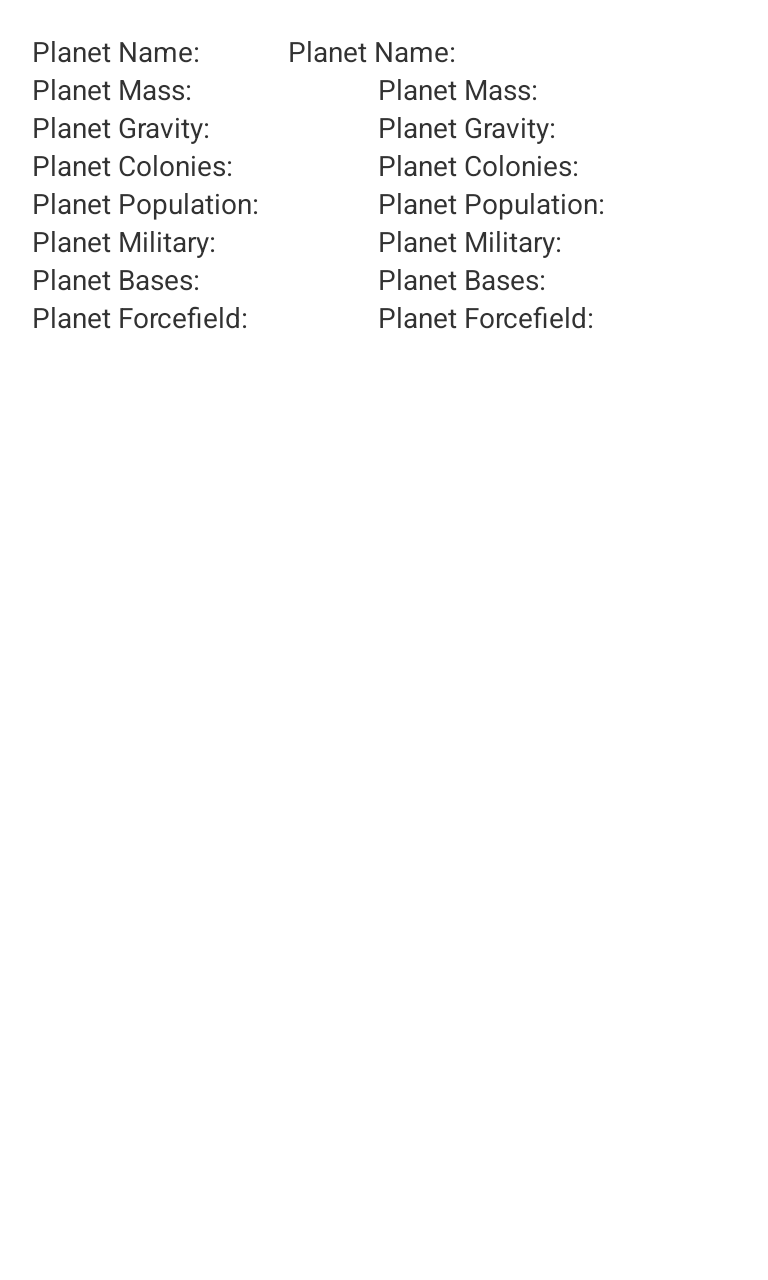
Repository: blender-head/android_basic
Layout: Hello_World/res/layout/activity_main.xml
An editor plug-in stored every save of this project. The layout is shown before and after the next save, followed by the edit.
It is drawn on a 768 x 1280 px phone screen (xhdpi) without system bars, with theme AppTheme; the app's code is not run. The app's manifest (not shown) leaves right-to-left support off. So textAlignment, textDirection and layoutDirection are ignored, and left and right values win over start and end ones.

Above is the layout before, as saved 2013-12-31 16:01:36.

### Hello_World/res/layout/activity_main.xml
<RelativeLayout xmlns:android="http://schemas.android.com/apk/res/android"
    xmlns:tools="http://schemas.android.com/tools"
    android:layout_width="match_parent"
    android:layout_height="match_parent"
    android:paddingBottom="@dimen/activity_vertical_margin"
    android:paddingLeft="@dimen/activity_horizontal_margin"
    android:paddingRight="@dimen/activity_horizontal_margin"
    android:paddingTop="@dimen/activity_vertical_margin"
    tools:context=".MainActivity" >

    <!-- Planet Name label -->
	<TextView
        android:id="@+id/textView1"
        android:layout_width="wrap_content"
        android:layout_height="wrap_content"
        android:text="@string/planet_name_label" />

	<!-- Planet Name data -->
	<TextView
        android:id="@+id/dataView1"
        android:layout_toRightOf="@+id/textView1"
        android:layout_marginLeft="44dip"
        android:layout_width="wrap_content"
        android:layout_height="wrap_content"
        android:text="@string/planet_name_label" />

	<!-- Planet Mass label -->
	<TextView
        android:id="@+id/textView2"
        android:layout_below="@+id/textView1"
        android:layout_width="wrap_content"
        android:layout_height="wrap_content"
        android:text="@string/planet_mass_label" />

	<!-- Planet Mass data -->
	<TextView
        android:id="@+id/dataView2"
        android:layout_toRightOf="@+id/textView2"
        android:layout_alignStart="@+id/dataView1"
        android:layout_below="@+id/dataView1"
        android:layout_width="wrap_content"
        android:layout_height="wrap_content"
        android:layout_marginLeft="45dip"
        android:text="@string/planet_mass_label" />

	<!-- Planet Gravity label -->
	<TextView
        android:id="@+id/textView3"
        android:layout_below="@+id/textView2"
        android:layout_width="wrap_content"
        android:layout_height="wrap_content"
        android:text="@string/planet_gravity_label" />

	<!-- Planet Gravity data -->
	<TextView
        android:id="@+id/dataView3"
        android:layout_toRightOf="@+id/textView3"
        android:layout_alignStart="@+id/dataView2"
        android:layout_below="@+id/dataView2"
        android:layout_width="wrap_content"
        android:layout_height="wrap_content"
        android:text="@string/planet_gravity_label" />

	<!-- Planet Colonies label -->
	<TextView
        android:id="@+id/textView4"
        android:layout_below="@+id/textView3"
        android:layout_width="wrap_content"
        android:layout_height="wrap_content"
        android:text="@string/planet_colonies_label" />

	<!-- Planet Colonies data -->
	<TextView
        android:id="@+id/dataView4"
        android:layout_toRightOf="@+id/textView4"
        android:layout_alignStart="@+id/dataView3"
        android:layout_below="@+id/dataView3"
        android:layout_width="wrap_content"
        android:layout_height="wrap_content"
        android:text="@string/planet_colonies_label" />

	<!-- Planet Poulation label -->
	<TextView
        android:id="@+id/textView5"
        android:layout_below="@+id/textView4"
        android:layout_width="wrap_content"
        android:layout_height="wrap_content"
        android:text="@string/planet_population_label" />

	<!-- Planet Poulation data -->
	<TextView
        android:id="@+id/dataView5"
        android:layout_toRightOf="@+id/textView5"
        android:layout_alignStart="@+id/dataView4"
        android:layout_below="@+id/dataView4"
        android:layout_width="wrap_content"
        android:layout_height="wrap_content"
        android:text="@string/planet_population_label" />

	<!-- Planet Military label -->
	<TextView
        android:id="@+id/textView6"
        android:layout_below="@+id/textView5"
        android:layout_width="wrap_content"
        android:layout_height="wrap_content"
        android:text="@string/planet_military_label" />

	<!-- Planet Military data -->
	<TextView
        android:id="@+id/dataView6"
        android:layout_toRightOf="@+id/textView6"
        android:layout_alignStart="@+id/dataView5"
        android:layout_below="@+id/dataView5"
        android:layout_width="wrap_content"
        android:layout_height="wrap_content"
        android:text="@string/planet_military_label" />

	<!-- Planet Base label -->
	<TextView
        android:id="@+id/textView7"
        android:layout_below="@+id/textView6"
        android:layout_width="wrap_content"
        android:layout_height="wrap_content"
        android:text="@string/planet_bases_label" />

	<!-- Planet Base data -->
	<TextView
        android:id="@+id/dataView7"
        android:layout_toRightOf="@+id/textView7"
        android:layout_alignStart="@+id/dataView6"
        android:layout_below="@+id/dataView6"
        android:layout_width="wrap_content"
        android:layout_height="wrap_content"
        android:text="@string/planet_bases_label" />

	<!-- Planet Force Field label -->
	<TextView
        android:id="@+id/textView8"
        android:layout_below="@+id/textView7"
        android:layout_width="wrap_content"
        android:layout_height="wrap_content"
        android:text="@string/planet_forcefield_label" />

	<!-- Planet Force Field data -->
	<TextView
        android:id="@+id/dataView8"
        android:layout_toRightOf="@+id/textView8"
        android:layout_alignStart="@+id/dataView7"
        android:layout_below="@+id/dataView7"
        android:layout_width="wrap_content"
        android:layout_height="wrap_content"
        android:text="@string/planet_forcefield_label" />

</RelativeLayout>

### Hello_World/res/values/strings.xml
<?xml version="1.0" encoding="utf-8"?>
<resources>

    <string name="app_name">Hello_World</string>
    <string name="action_settings">Settings</string>
    <string name="hello_world">Hello world!</string>

    <string name="planet_name_label">Planet Name: </string>
	<string name="planet_mass_label">Planet Mass: </string>
	<string name="planet_gravity_label">Planet Gravity: </string>
	<string name="planet_colonies_label">Planet Colonies: </string>
	<string name="planet_population_label">Planet Population: </string>
	<string name="planet_military_label">Planet Military: </string>
	<string name="planet_bases_label">Planet Bases: </string>
	<string name="planet_forcefield_label">Planet Forcefield: </string>

</resources>

Loaded but not shown: Hello_World/res/values/styles.xml (common file); Hello_World/res/values-v11/styles.xml (common file); Hello_World/res/values-v14/styles.xml (common file); Hello_World/res/values/dimens.xml (common file)

After the next save:
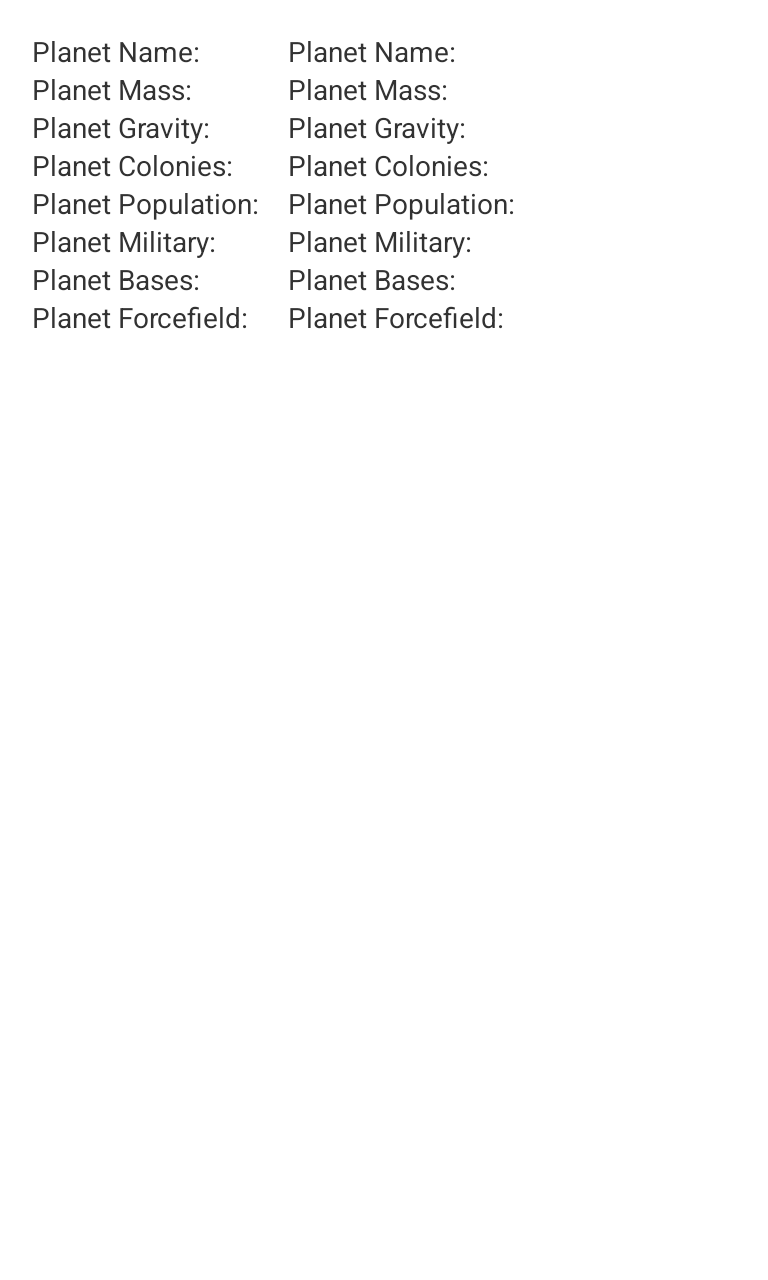
Saved 5 s later.
--- a/Hello_World/res/layout/activity_main.xml
+++ b/Hello_World/res/layout/activity_main.xml
@@ -40,7 +40,6 @@
         android:layout_below="@+id/dataView1"
         android:layout_width="wrap_content"
         android:layout_height="wrap_content"
-        android:layout_marginLeft="45dip"
         android:text="@string/planet_mass_label" />
 
 	<!-- Planet Gravity label -->
